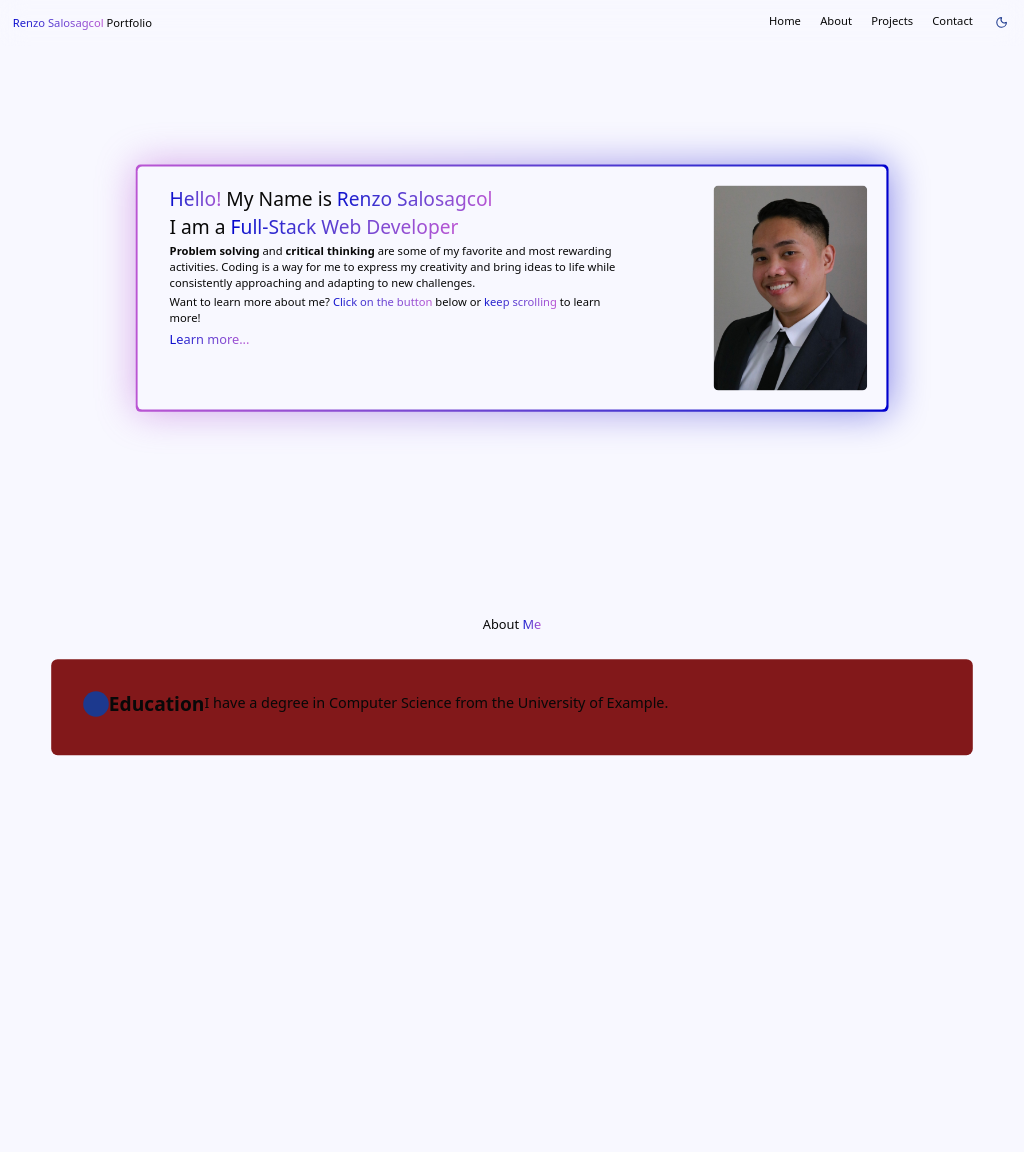
Repository: Renzo-Salosagcol/Updated_Personal_Portfolio
Page: /
These files come from the project's save history. The page is drawn as it stood at one moment and after the next save; the edit follows.
The browser window is 1280 px wide. The pictures show the whole page, at 80% of full size.
The project was rebuilt for these pictures with package versions that can differ from the ones it lists, and the page was loaded fresh each time. Also part of the build but not shown: vite.config.js, src/pages/NotFound.jsx.

Above is the page before, as saved 2025-10-10 12:28:42.

After the next save:
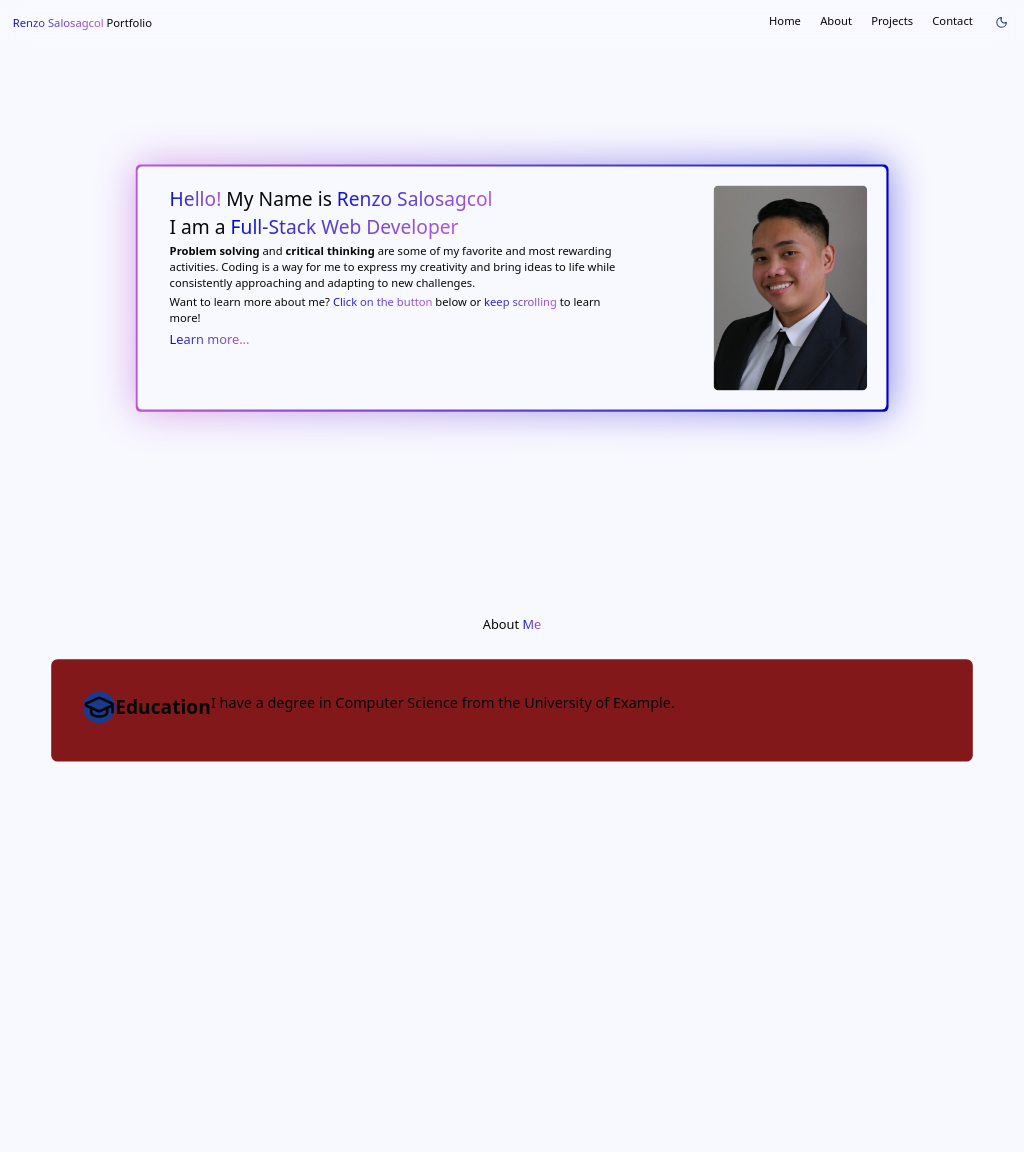
Saved 11 s later.
--- a/src/components/About.jsx
+++ b/src/components/About.jsx
@@ -19,7 +19,7 @@ export const About = () => {
         {experiences.map((experience, index) => (
           <div key={index} className="flex flex-row items-start p-4">
             <h2 className="flex items-center text-2xl font-semibold mb-2">
-              <experience.icon className="w-6 h-6 p-4 left rounded-full bg-blue-900" />
+              <experience.icon className="w-10 h-10 left rounded-full bg-blue-900" />
               {experience.name}
             </h2>
             <div>
